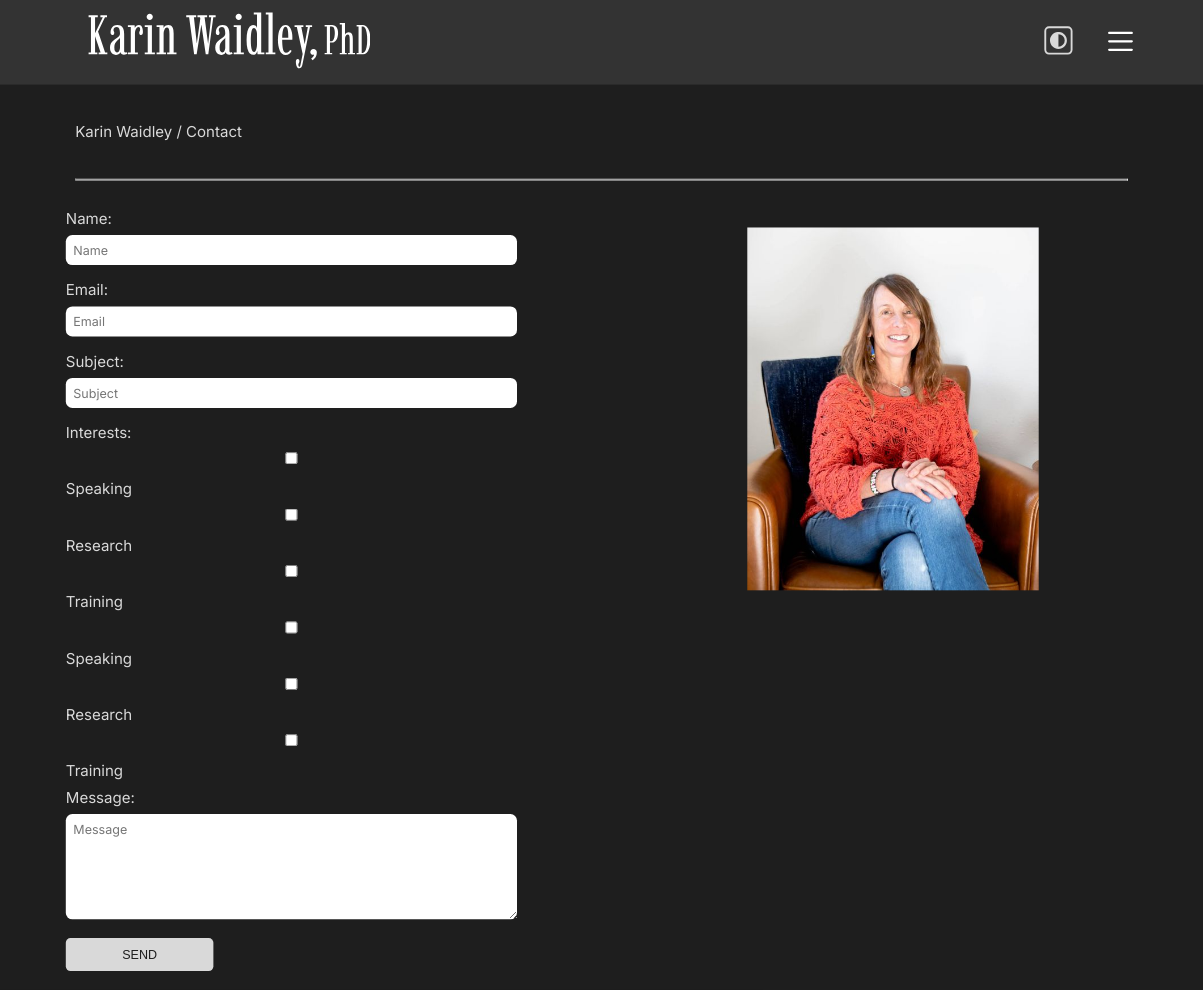
Repository: Ceasor7/Karin
Page: contact.html
These files come from the project's save history. The page is drawn as it stood at one moment and after the next save; the edit follows.
The browser window is 1280 px wide. The pictures show the whole page, at 94% of full size.

Above is the page before, as saved 2023-12-16 00:44:38.

After the next save:
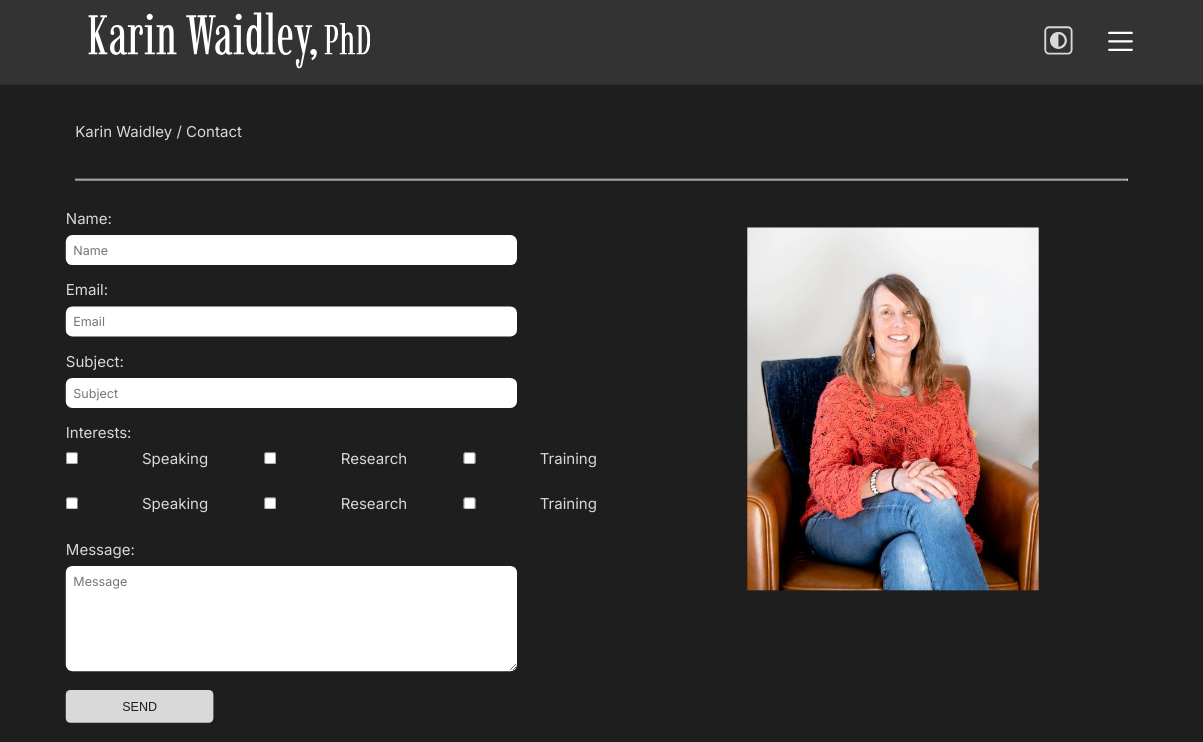
Saved 56 s later.
--- a/contact.html
+++ b/contact.html
@@ -177,6 +177,16 @@
             margin-top: 40px;
             margin-left: 80px;
             margin-right: 80px;
+        }
+
+        /*checkboxes*/
+        .checkbox-group {
+            display: flex;
+            margin-bottom: 16px;
+        }
+
+        input[type="checkbox"] {
+            margin-right: 8px;
         }
 
         /* sidebar menu */
